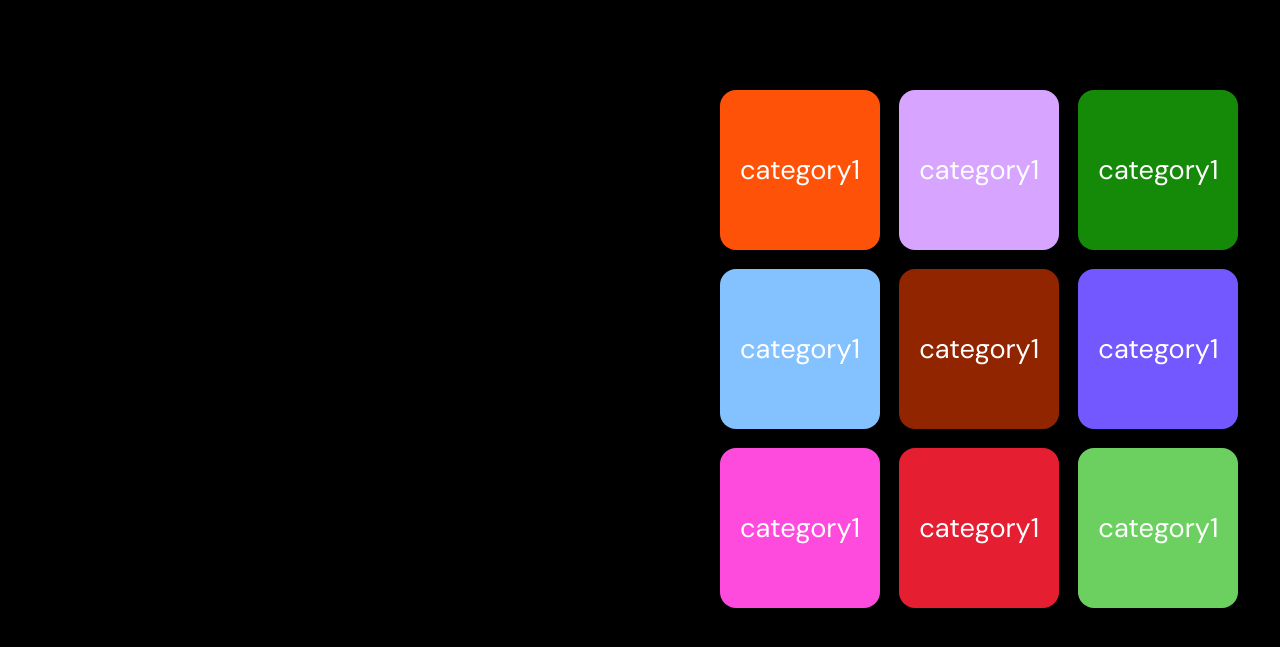
Repository: drumsmanku/react-capstone-project-2
Page: /categories
These files come from the project's save history. The page is drawn as it stood at one moment and after the next save; the edit follows.
The browser window is 1280 px wide. The pictures show the whole page.
Some web fonts or font styles are not loaded; a fallback is used. The project was rebuilt for these pictures with package versions that can differ from the ones it lists, and the page was loaded fresh each time. Also part of the build but not shown: src/components/RegistrationPage.js, src/components/SubmitSuccess.js.

Above is the page before, as saved 2023-05-24 10:40:08.

### src/index.css
body,html{
  padding: 0;
  margin: 0;
}

### src/App.js
import './App.css';
import RegistrationPage from './components/RegistrationPage';
import SubmitSuccess from './components/SubmitSuccess';
import CategoriesPage from './components/CategoriesPage';
import { BrowserRouter as Router, Route, Routes} from 'react-router-dom';
function App() {
  const categories=['category1', 'category1','category1','category1','category1','category1','category1', 'category1','category1',];
  const colors=['#FF5209', '#D7A4FF','#148A08','#84C2FF','#902500','#7358FF','#FF4ADE','#E61E32','#6CD061',]
  return (
    <div className='App'>
      <Router>
        <Routes>
          <Route path='/' element={<RegistrationPage />}/>
          <Route path='/success' element={<SubmitSuccess/>}/>
          <Route path='/categories' element={<CategoriesPage categories={categories} backgroundcolor={colors} />}/>
        </Routes>
      </Router>
    </div>
  );
}

export default App;

### src/App.css
.App {
  margin: 0;
  padding: 0;

}

### src/components/CategoriesPage.js
import React from 'react'
import './CategoriesPage.css'

function CategoriesPage(props) {
  const{categories, backgroundcolor}=props
  return (
    <div className='container'>
      <div className='first-container'>

      </div>
      <div className='second-container'>
        <div className='category-container'>
          {categories.map((category, index)=>(
            <button style={{border:'none', background:'none',color:'white', backgroundColor:backgroundcolor[index], height:'10rem', width:'10rem', margin:'0.6rem', borderRadius:'1rem', fontSize:'1.7rem', fontFamily:'DM Sans'}} key={index}>{category}</button>
          ))}
        </div>
        <div>
          {/* next page button */}
        </div>

      </div>
    </div>
  )
}

export default CategoriesPage

### src/components/RegistrationPage.css
@import url('https://fonts.googleapis.com/css2?family=Roboto:wght@900&display=swap');
@import url('https://fonts.googleapis.com/css2?family=Single+Day&display=swap');
@import url('https://fonts.googleapis.com/css2?family=DM+Sans&display=swap');
.reg-page{
  background-image: url('../Assets/back1.png');
  background-size: 50% 120%;
  background-repeat: no-repeat;
  height: 100vh;

  background-color: black;
  display: flex;
}
.first-div{
  font-family:'Roboto';
  color: white;
  width: 50%;
  height: 100vh;
  display: flex;
  justify-content: center;
  position: relative;
}
.first-first-div{
  width: 70%;
  position: absolute;
  bottom: 4.5rem;
}
.first-first-div h1{
  font-size: 3rem;
  padding: 0;
  margin: 0;
}
.second-div{
  height: inherit;
  width: 50%;
  display: flex;
  flex-direction: column;
  justify-content: center;
  align-items: center;
  color: white;
}
.second-div h1{
  font-family: 'Single Day';
  font-size: 3.3rem;
  color: #72DB73;
  font-weight: 400;
  margin: 0;
}
.second-div h4{
  font-family: 'DM Sans';
  font-weight: 200;
  margin-bottom: 2rem;
  margin-top: 1rem;
  font-size: 1.1rem;
}
form{
  display: flex;
  flex-direction: column;
}
form input[type=text]{
  margin: 0.7rem;
  width: 23rem;
  height: 2.9rem;
  border: none;
  background-color: #292929;
  border-radius: 0.1rem;
  font-family: 'DM Sans';
}
form input[type=number]{
  margin: 0.7rem;
  width: 23rem;
  height: 2.9rem;
  border: none;
  background-color: #292929;
  border-radius: 0.1rem;
  font-family: 'DM Sans';

}
form input[type=email]{
  margin: 0.7rem;
  width: 23rem;
  height: 2.9rem;
  border: none;
  background-color: #292929;
  border-radius: 0.1rem;
  font-family: 'DM Sans';
}

form input::placeholder{
  padding-left: 0.9rem;
  font-size: 1rem;
}
.checkbox1{
  width: 100%;
  display: flex;
  padding-left: 0.5rem;
  font-family: 'DM Sans';
  margin: 1.6rem 0 1.6rem 0;
  font-size: 0.9rem;
}
.checkbox1 input[type="checkbox"]{
  margin-right: 1rem;
  border: none;
  transform: scale(1.4);
}
form button{
  background-color: #72DB73;
  border: none;
  height: 3rem;
  width: 23rem;
  border-radius: 2.2rem;
  font-size: 1.4rem;
  font-family: 'DM Sans';
  font-weight: 600;
  color: white;
  letter-spacing: 0.2rem;
}

### src/components/CategoriesPage.css
@import url('https://fonts.googleapis.com/css2?family=Roboto:wght@900&display=swap');
@import url('https://fonts.googleapis.com/css2?family=Single+Day&display=swap');
@import url('https://fonts.googleapis.com/css2?family=DM+Sans&display=swap');

.container{
  display:flex;
  background-color: black;
  height: 100vh;
  width: 100%;
}
.first-container{
  height: inherit;
  width: 40%;
}

.second-container{
  height: inherit;
  width: 60%;
  display: flex;
  flex-direction: column;
  justify-content: center;
  align-items: flex-end;
  position: relative;
}
.category-container{
  width: 70%;
  margin-right: 2rem;
  position: absolute;
  top: 5rem;
}

Loaded but not shown: public/index.html (common file); src/index.js (common file)

After the next save:
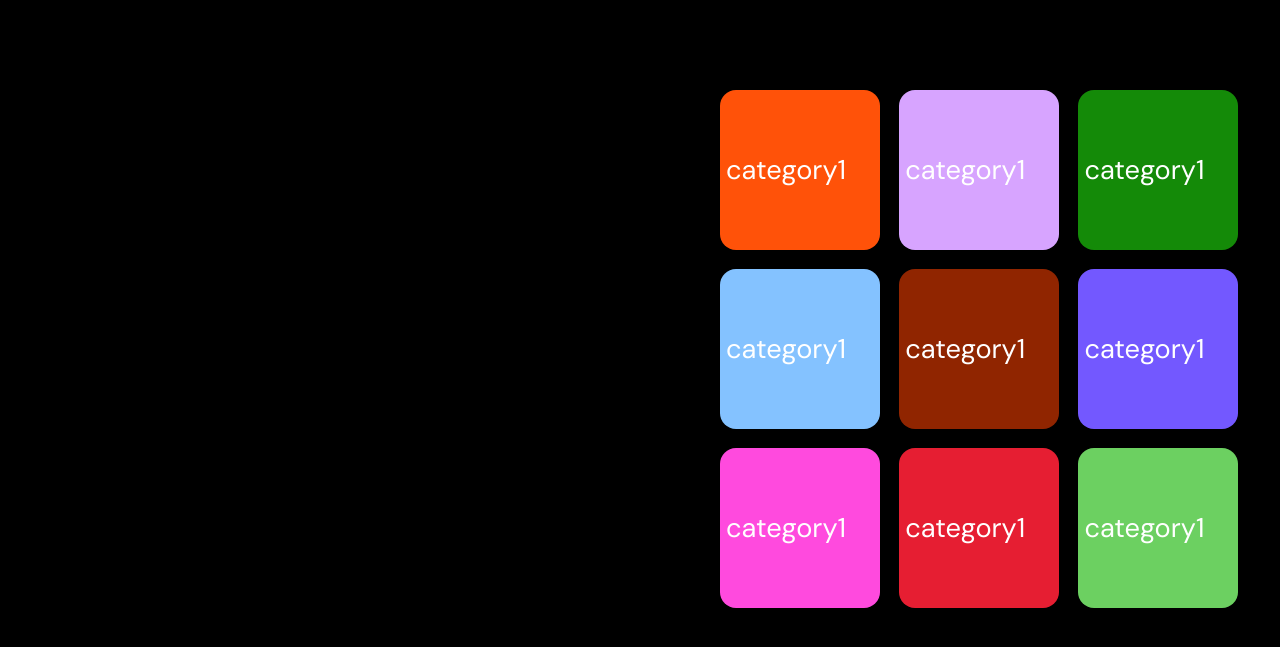
Saved 45 s later.
--- a/src/components/CategoriesPage.js
+++ b/src/components/CategoriesPage.js
@@ -11,7 +11,7 @@ function CategoriesPage(props) {
       <div className='second-container'>
         <div className='category-container'>
           {categories.map((category, index)=>(
-            <button style={{border:'none', background:'none',color:'white', backgroundColor:backgroundcolor[index], height:'10rem', width:'10rem', margin:'0.6rem', borderRadius:'1rem', fontSize:'1.7rem', fontFamily:'DM Sans'}} key={index}>{category}</button>
+            <button style={{border:'none', background:'none',color:'white', backgroundColor:backgroundcolor[index], height:'10rem', width:'10rem', margin:'0.6rem', borderRadius:'1rem', fontSize:'1.7rem', fontFamily:'DM Sans', textAlign:'start'}} key={index}>{category}</button>
           ))}
         </div>
         <div>
